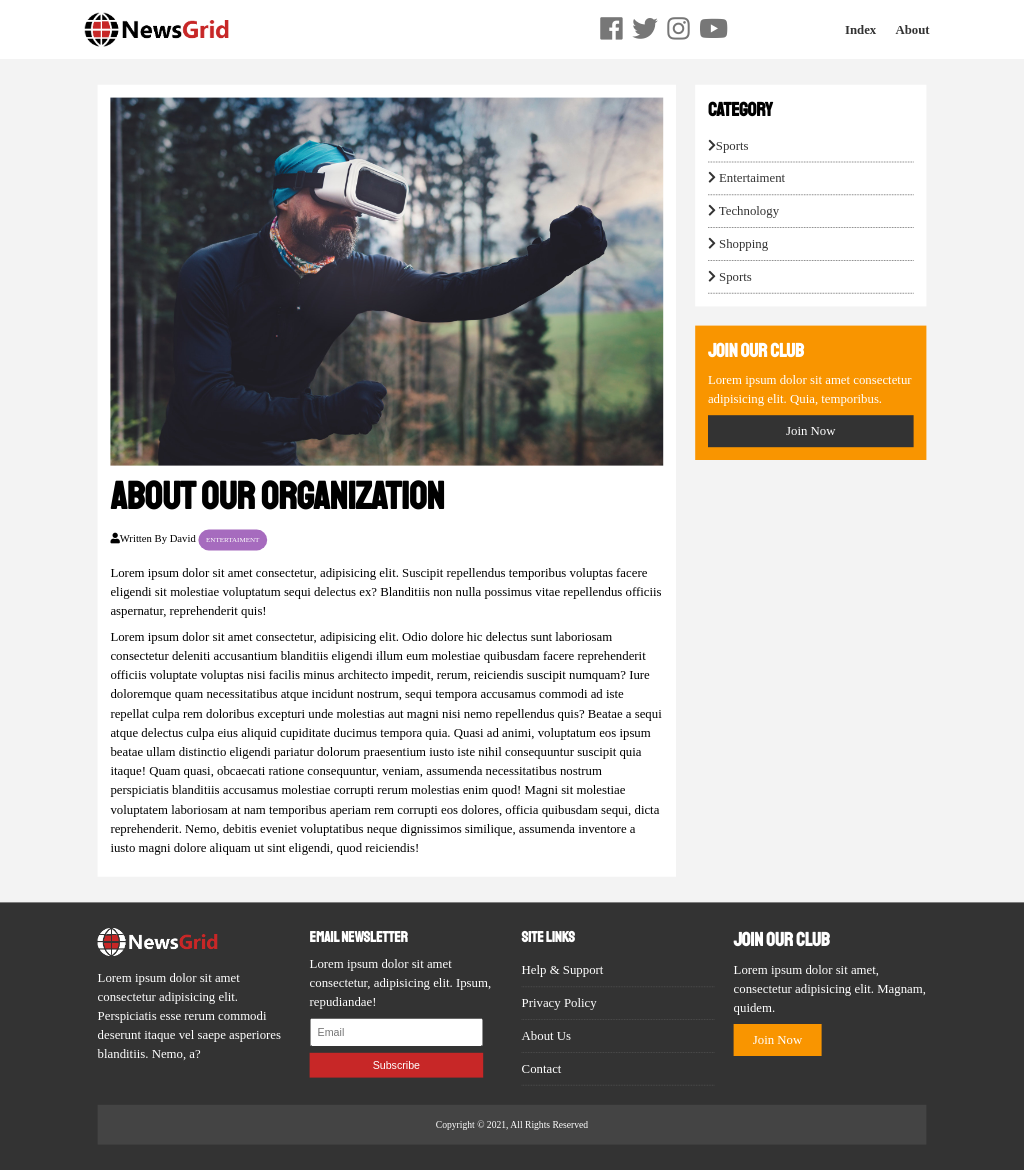
Repository: minhtien9/newsgrid
Page: article.html
The author's editor kept a copy of each file at every save. The page is drawn from the files as they stood at one save, then again after the next save.
The browser window is 1280 px wide. The pictures show the whole page, at 80% of full size.
Some web libraries are served in a nearby version.

Above is the page before, as saved 2021-08-26 12:18:05.

### article.html
<!DOCTYPE html>
<html lang="en">
  <head>
    <meta charset="UTF-8" />
    <meta name="viewport" content="width=device-width, initial-scale=1.0" />
    <meta http-equiv="X-UA-Compatible" content="ie=edge" />
    <link
      rel="stylesheet"
      href="https://use.fontawesome.com/releases/v5.6.3/css/all.css"
      integrity="sha384-UHRtZLI+pbxtHCWp1t77Bi1L4ZtiqrqD80Kn4Z8NTSRyMA2Fd33n5dQ8lWUE00s/"
      crossorigin="anonymous"
    />
    <link
      href="https://fonts.googleapis.com/css2?family=Lato&family=Staatliches&display=swap"
      rel="stylesheet"
    />
    <link rel="stylesheet" href="css/style.css" />
    <link
      rel="stylesheet"
      media="screen and (max-width: 768px)"
      href="css/mobile.css"
    />
    <link rel="shortcut icon" type="image/x-icon" href="favicon.ico" />
    <title>NewsGrid | Latest News</title>
  </head>

  <body>
    <nav id="main-nav">
      <div class="container">
        <img src="img/logo.png" alt="NewsGrid" class="logo" />
        <div class="social">
          <a href="http://facebook.com" target="_blank"
            ><i class="fab fa-facebook fa-2x"></i
          ></a>
          <a href="http://twitter.com" target="_blank"
            ><i class="fab fa-twitter fa-2x"></i
          ></a>
          <a href="http://instagram.com" target="_blank"
            ><i class="fab fa-instagram fa-2x"></i
          ></a>
          <a href="http://youtube.com" target="_blank"
            ><i class="fab fa-youtube fa-2x"></i
          ></a>
        </div>
        <ul>
          <li><a href="index.html">Index</a></li>
          <li><a href="about.html">About</a></li>
        </ul>
      </div>
    </nav>

    <section id="article">
      <div class="container">
        <div class="page-container">
          <article class="card">
            <img src="img/articles/ent1.jpg" alt="" />
            <h1 class="l-heading">About Our Organization</h1>
            <div class="meata">
              <small> <i class="fas fa-user"></i>Written By David </small>
              <div class="category category-ent">Entertaiment</div>
            </div>
            <p>
              Lorem ipsum dolor sit amet consectetur, adipisicing elit. Suscipit
              repellendus temporibus voluptas facere eligendi sit molestiae
              voluptatum sequi delectus ex? Blanditiis non nulla possimus vitae
              repellendus officiis aspernatur, reprehenderit quis!
            </p>
            <p>
              Lorem ipsum dolor sit amet consectetur, adipisicing elit. Odio
              dolore hic delectus sunt laboriosam consectetur deleniti
              accusantium blanditiis eligendi illum eum molestiae quibusdam
              facere reprehenderit officiis voluptate voluptas nisi facilis
              minus architecto impedit, rerum, reiciendis suscipit numquam? Iure
              doloremque quam necessitatibus atque incidunt nostrum, sequi
              tempora accusamus commodi ad iste repellat culpa rem doloribus
              excepturi unde molestias aut magni nisi nemo repellendus quis?
              Beatae a sequi atque delectus culpa eius aliquid cupiditate
              ducimus tempora quia. Quasi ad animi, voluptatum eos ipsum beatae
              ullam distinctio eligendi pariatur dolorum praesentium iusto iste
              nihil consequuntur suscipit quia itaque! Quam quasi, obcaecati
              ratione consequuntur, veniam, assumenda necessitatibus nostrum
              perspiciatis blanditiis accusamus molestiae corrupti rerum
              molestias enim quod! Magni sit molestiae voluptatem laboriosam at
              nam temporibus aperiam rem corrupti eos dolores, officia quibusdam
              sequi, dicta reprehenderit. Nemo, debitis eveniet voluptatibus
              neque dignissimos similique, assumenda inventore a iusto magni
              dolore aliquam ut sint eligendi, quod reiciendis!
            </p>
          </article>

          <aside id="categories" class="card">
            <h2>Category</h2>
            <ul class="list">
              <li>
                <a href="#"><i class="fas fa-chevron-right"></i>Sports</a>
              </li>
              <li>
                <a href="#"
                  ><i class="fas fa-chevron-right"></i> Entertaiment</a
                >
              </li>
              <li>
                <a href="#"><i class="fas fa-chevron-right"></i> Technology</a>
              </li>
              <li>
                <a href="#"><i class="fas fa-chevron-right"></i> Shopping</a>
              </li>
              <li>
                <a href="#"><i class="fas fa-chevron-right"></i> Sports</a>
              </li>
            </ul>
          </aside>
          <aside class="card bg-secondary">
            <h2>Join Our Club</h2>
            <p>
              Lorem ipsum dolor sit amet consectetur adipisicing elit. Quia,
              temporibus.
            </p>
            <a href="#" class="btn btn-dark btn-block">Join Now</a>
          </aside>
        </div>
      </div>
    </section>
    <!-- Footer -->
    <footer id="main-footer" class="py-2">
      <div class="container footer-container">
        <div>
          <img src="img/logo_light.png" alt="NewsGrid" />
          <p>
            Lorem ipsum dolor sit amet consectetur adipisicing elit.
            Perspiciatis esse rerum commodi deserunt itaque vel saepe asperiores
            blanditiis. Nemo, a?
          </p>
        </div>
        <div>
          <h3>Email NewsLetter</h3>
          <p>
            Lorem ipsum dolor sit amet consectetur, adipisicing elit. Ipsum,
            repudiandae!
          </p>
          <form>
            <input type="email" placeholder="Email" />
            <input type="submit" value="Subscribe" class="btn btn-primary" />
          </form>
        </div>
        <div>
          <h3>Site Links</h3>
          <ul class="list">
            <li><a href="#">Help & Support</a></li>
            <li><a href="#">Privacy Policy</a></li>
            <li><a href="#">About Us</a></li>
            <li><a href="#">Contact</a></li>
          </ul>
        </div>
        <div>
          <h2>Join Our Club</h2>
          <p>
            Lorem ipsum dolor sit amet, consectetur adipisicing elit. Magnam,
            quidem.
          </p>
          <a href="#" class="btn btn-secondary">Join Now</a>
        </div>
        <div>
          <p>Copyright &copy; 2021, All Rights Reserved</p>
        </div>
      </div>
    </footer>
  </body>
</html>

### css/style.css
:root {
  --primary-color: #c72727;
  --secondary-color: #f99500;
  --light-color: #f3f3f3;
  --dark-color: #333;
  --max-width: 1100px;
}

.category {
  --sports-color: #f99500;
  --ent-color: #a66bbe;
  --tech-color: #009cff;
}

* {
  margin: 0;
  padding: 0;
  box-sizing: border-box;
}

body {
  font-family: 'Lato' sans-serif;
  line-height: 1.5;
  background: var(--light-color);
}

a {
  color: #333;
  text-decoration: none;
}

ul {
  list-style: none;
}
p {
  margin: 0.5rem 0;
}

img {
  width: 100%;
}

h1,
h2,
h3,
h4,
h5,
h6 {
  font-family: 'Staatliches', cursive;
  margin-bottom: 0.55rem;
  line-height: 1.3;
}

/* Utility */

.container {
  max-width: var(--max-width);
  margin: auto;
  padding: 0 2rem;
  overflow: hidden;
}

.category {
  display: inline-block;
  color: #fff;
  font-size: 0.55rem;
  text-transform: uppercase;
  padding: 0.4rem 0.6rem;
  border-radius: 15px;
  margin-bottom: 0.5rem;
}

.category-sports {
  background: var(--sports-color);
}

.category-ent {
  background: var(--ent-color);
}

.category-tech {
  background: var(--tech-color);
}

.btn {
  display: inline-block;
  border: none;
  background: var(--dark-color);
  color: #fff;
  padding: 0.5rem 1.5rem;
}

.btn-light {
  background: var(--light-color);
}

.btn-primary {
  background: var(--primary-color);
}

.btn-secondary {
  background: var(--secondary-color);
}

.btn-block {
  display: block;
  width: 100%;
  text-align: center;
}

.btn:hover {
  opacity: 0.9;
}

.card {
  background: #fff;
  padding: 1rem;
}

.bg-dark {
  background: var(--dark-color);
  color: #fff;
}

.bg-primary {
  background: var(--primary-color);
  color: #fff;
}

.bg-secondary {
  background: var(--secondary-color);
  color: #fff;
}

.bg-dark h1,
.bg-dark h2,
.bg-dark h3,
.bg-dark a,
.bg-primary h1,
.bg-primary h2,
.bg-primary h3,
.bg-primary a,
.bg-secondary h1,
.bg-secondary h2,
.bg-secondary h3,
.bg-secondary a {
  color: #fff;
}

.py-1 {
  padding: 1.5rem 0;
}

.py-2 {
  padding: 2rem 0;
}

.py-3 {
  padding: 3rem 0;
}

.p-1 {
  padding: 1.5rem;
}

.p-2 {
  padding: 2rem;
}

.p-3 {
  padding: 3rem;
}

.l-heading {
  font-size: 3rem;
}
.list li {
  padding: 0.5rem 0;
  border-bottom: 1px dotted #555;
}
.list li a:hover {
  color: var(--primary-color) !important;
}

/* Inner page grid container */

.page-container {
  display: grid;
  grid-template-columns: 5fr 2fr;
  margin: 2rem 0;
  grid-gap: 1.5rem;
}

.page-container > *:first-child {
  grid-row: 1 / span 3;
}
/* Navigation */

#main-nav {
  background: #fff;
  position: sticky;
  top: 0;
  z-index: 2;
}

#main-nav .container {
  display: grid;
  grid-template-columns: 6fr 3fr 2fr;
  padding: 1rem;
  align-items: center;
}

#main-nav .logo {
  width: 180px;
}

#main-nav ul {
  justify-self: end;
  display: flex;
}

#main-nav ul li a {
  padding: 0.75rem;
  font-weight: bold;
}

#main-nav ul li a.current {
  background: var(--primary-color);
  color: #fff;
}

#main-nav ul li a:hover {
  background: var(--light-color);
  color: var(--dark-color);
}

#main-nav .social {
  justify-self: center;
}

#main-nav .social i {
  color: #777;
  margin-right: 0.5rem;
}

/* Showcase */

#showcase {
  color: #fff;
  background: #333;
  padding: 2rem;
  position: relative;
}

#showcase:before {
  content: '';
  background: url('../img/featured.jpg') no-repeat center center/cover;
  position: absolute;
  top: 0;
  left: 0;
  width: 100%;
  height: 100%;
  opacity: 0.4;
}

#showcase .showcase-container {
  display: grid;
  grid-template-columns: repeat(2, 1fr);
  justify-content: center;
  align-items: center;
  height: 80vh;
}

#showcase .showcase-content {
  z-index: 1;
}

#showcase .showcase-content p {
  margin-bottom: 1rem;
}

/* Home Articles */

#home-articles .articles-container {
  display: grid;
  grid-template-columns: repeat(3, 1fr);
  grid-gap: 1rem;
}

#home-articles .articles-container > *:first-child,
#home-articles .articles-container > *:last-child {
  display: grid;
  grid-template-columns: repeat(2, 1fr);
  grid-gap: 1rem;
  grid-column: 1 / span 2;
  align-items: center;
}

#home-articles .articles-container > *:last-child {
  grid-column: 2 / span 2;
}

#article .meta {
  display: flex;
  justify-content: space-between;
}

/* Footer */

#main-footer {
  background: var(--dark-color);
  color: #fff;
}

#main-footer img {
  width: 150px;
}
#main-footer a {
  color: #fff;
}
#main-footer .footer-container {
  display: grid;
  grid-template-columns: repeat(4, 1fr);
  grid-gap: 1.5rem;
}
#main-footer .footer-container > *:last-child {
  background: #444;
  grid-column: 1 / span 4;
  padding: 0.5rem;
  text-align: center;
  font-size: 0.75rem;
}
#main-footer .footer-container input[type='email'] {
  width: 90%;
  padding: 0.5rem;
  margin-bottom: 0.5rem;
}
#main-footer .footer-container input[type='submit'] {
  width: 90%;
}

Loaded but not shown: css/mobile.css (no stored copy; drawn as an empty file)

After the next save:
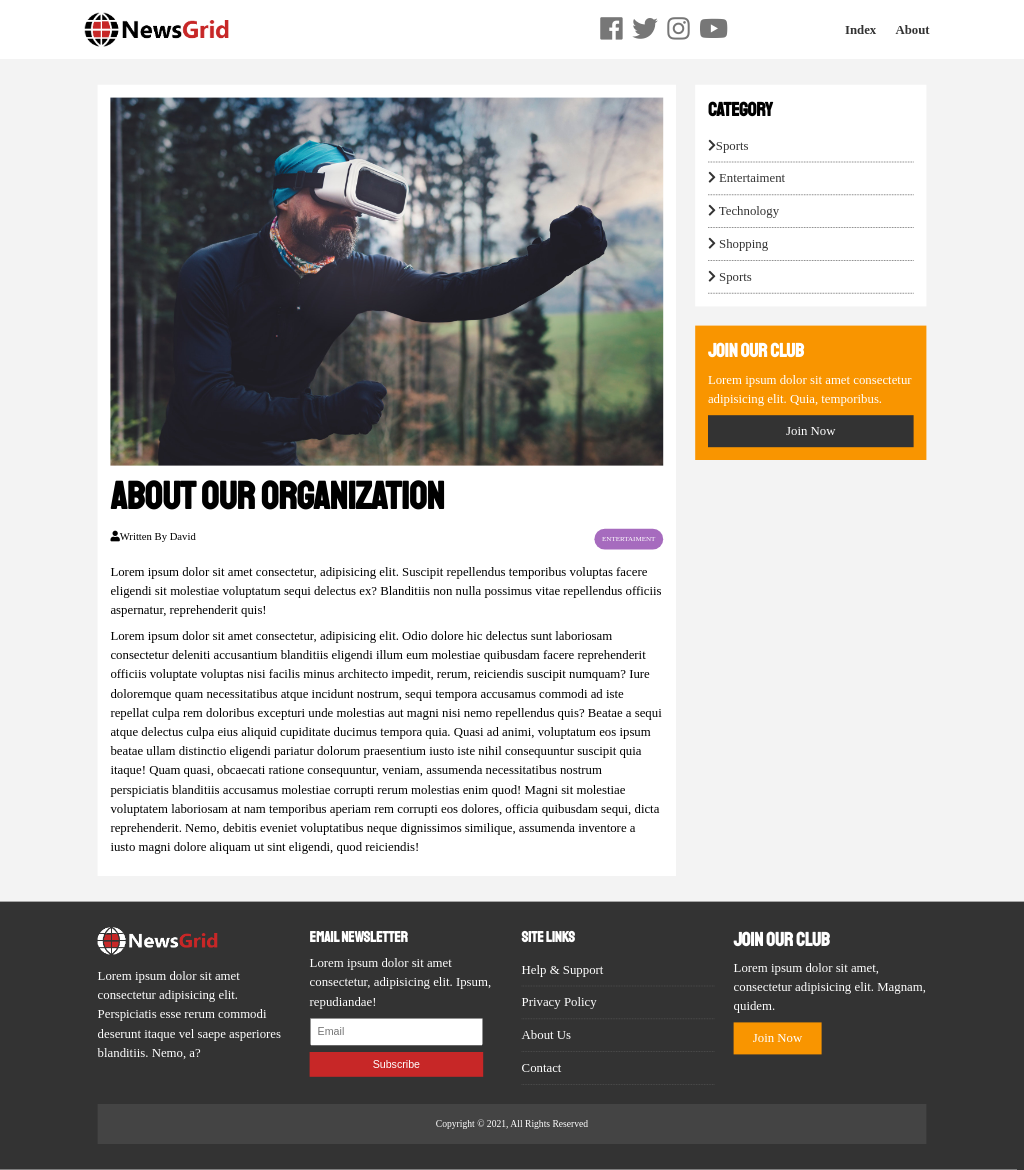
Saved 11 s later.
--- a/article.html
+++ b/article.html
@@ -55,7 +55,7 @@
           <article class="card">
             <img src="img/articles/ent1.jpg" alt="" />
             <h1 class="l-heading">About Our Organization</h1>
-            <div class="meata">
+            <div class="meta">
               <small> <i class="fas fa-user"></i>Written By David </small>
               <div class="category category-ent">Entertaiment</div>
             </div>
